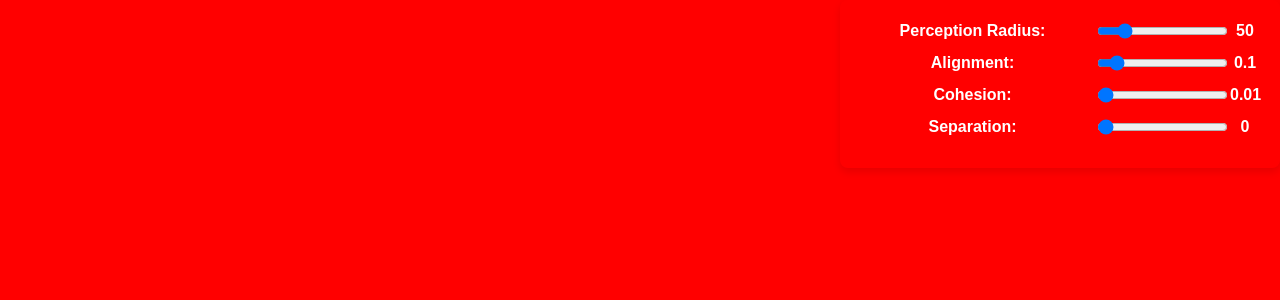
Repository: eltonsampaio12/boids
Page: index.html
An editor plug-in stored every save of this project. The page is shown before and after the next save, followed by the edit.
The browser window is 1280 px wide. The pictures show the whole page.

Above is the page before, as saved 2024-02-01 13:33:45.
Not found: main.ts

After the next save:
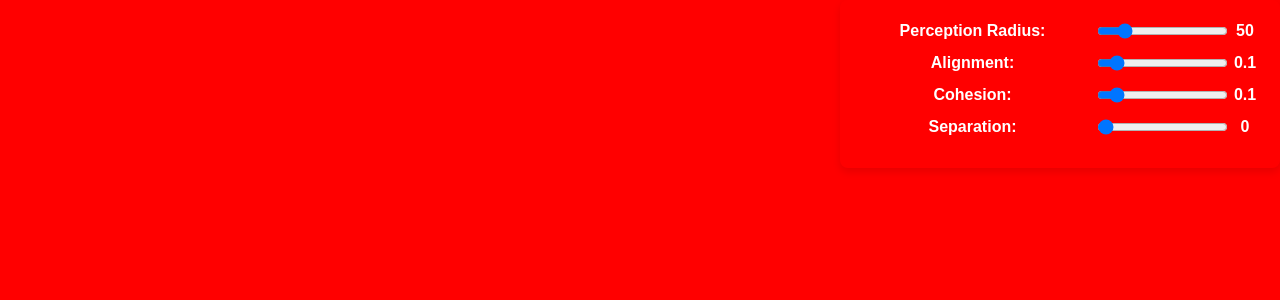
Saved 2 h 20 min later.
--- a/index.html
+++ b/index.html
@@ -88,10 +88,10 @@
           id="cohesionSlider"
           min="0"
           max="1"
-          value="0.01"
+          value="0.1"
           step="0.1"
         />
-        <span id="cohesionValue">0.01</span>
+        <span id="cohesionValue">0.1</span>
       </div>
 
       <div class="parameterParent">
